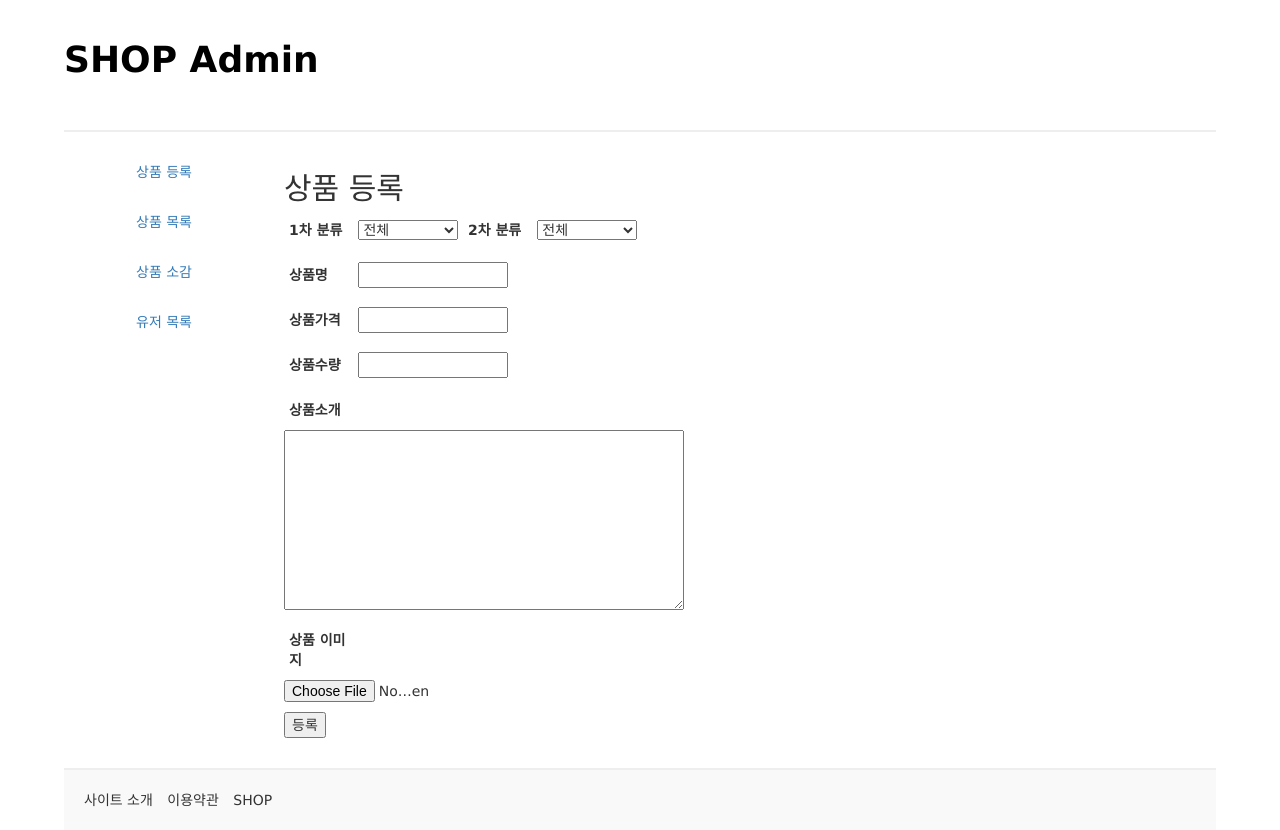
Repository: leesoonyong/shopping-mall
Page: http://localhost/shop/WEB-INF/views/admin/goods/register.jsp
These files come from the project's save history. The page is drawn as it stood at one moment and after the next save; the edit follows.
The browser window is 1280 px wide. The pictures show the whole page.
The page is served by Tomcat 9. Nobody is signed in. The template is opened directly, without the code that normally fills it, so the values that code supplies are empty.

Above is the page before, as saved 2020-09-13 03:13:05.
Console error (its wording comes from the project's code and is left out).

After the next save:
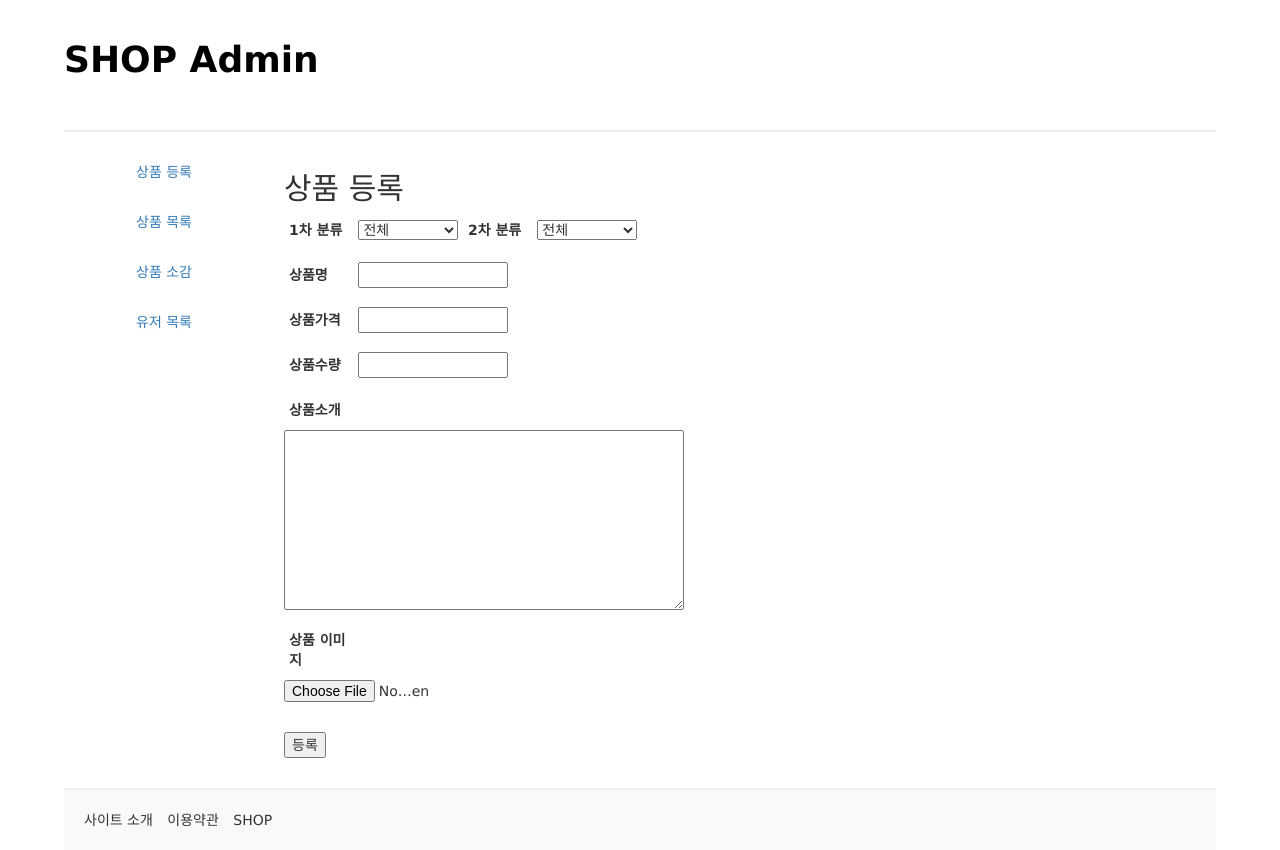
Saved 12 s later.
--- a/shop/src/main/webapp/WEB-INF/views/admin/goods/register.jsp
+++ b/shop/src/main/webapp/WEB-INF/views/admin/goods/register.jsp
@@ -176,7 +176,7 @@
 				<div class="inputArea">
 					<label for="gdsImg">상품 이미지</label>
 					<input type="file" id="gdsImg" name="file"/>
-					<div class="select_img"></div>
+					<div class="select_img"><img src=""/></div>
 				</div>
 				<div class="inputArea">
 					<button type="submit" id="register_Btn">등록</button>
